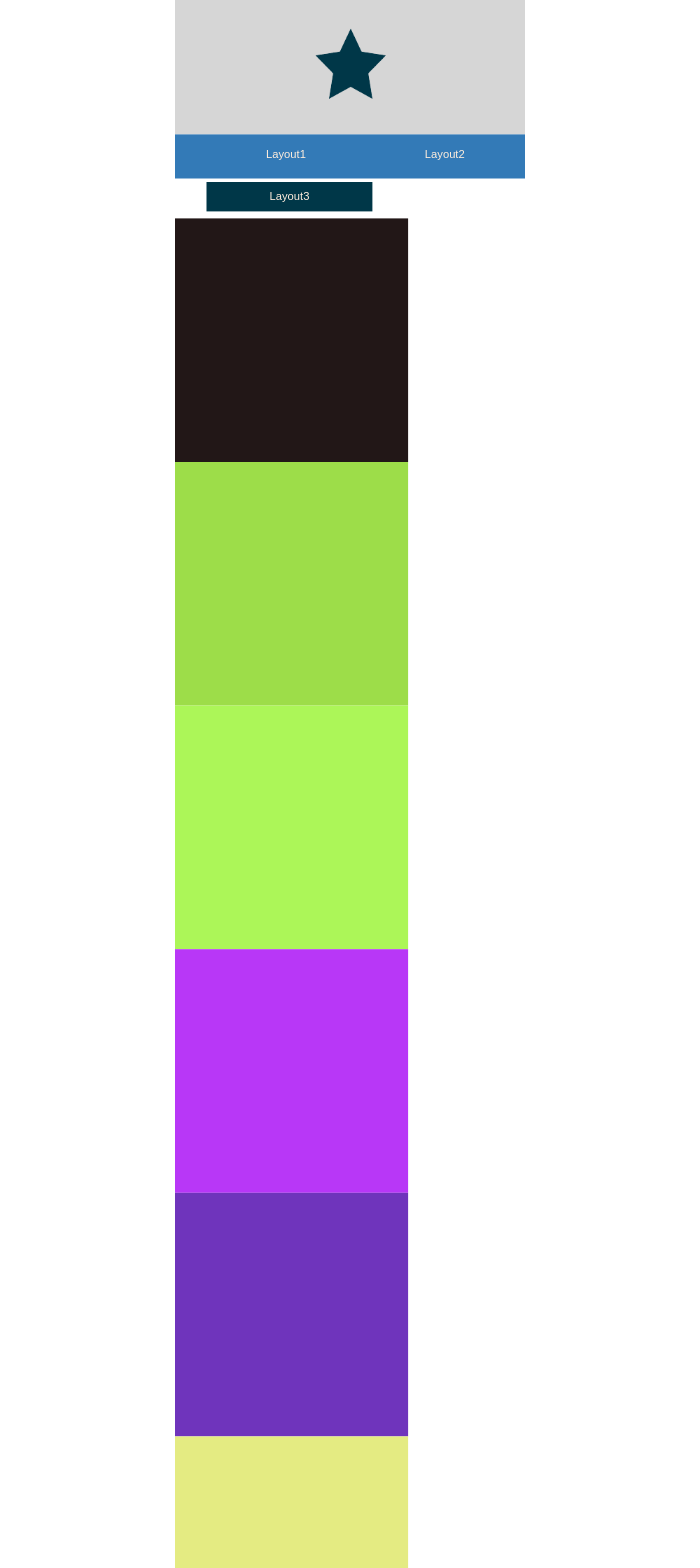
Repository: baliayassin/MyGame
Page: Documents/Aptana Studio 3 Workspace/homeWork2/layOut3.html
An editor plug-in stored every save of this project. The page is shown before and after the next save, followed by the edit.
The browser window is 1000 px wide. The pictures show the part of the page from y = 0 to 2240 px (the page is 4888 px tall before and 2743 px after), at 70% of full size.
Some web libraries are served in a nearby version.

Above is the page before, as saved 2017-12-13 20:28:05.

After the next save:
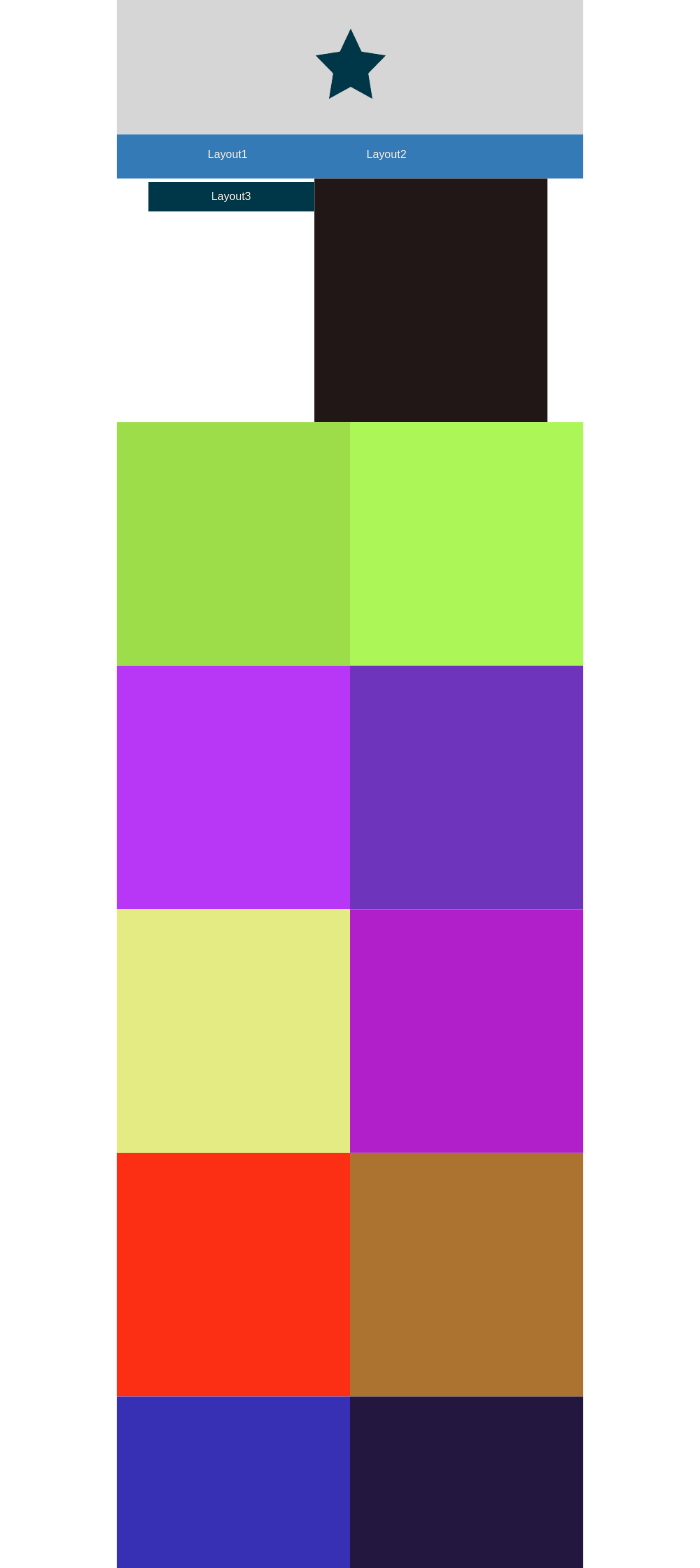
Saved 17 min 59 s later.
--- a/Documents/Aptana Studio 3 Workspace/homeWork2/includes/style.css
+++ b/Documents/Aptana Studio 3 Workspace/homeWork2/includes/style.css
@@ -413,8 +413,11 @@ main, nav, aside, footer, section, article, header {
 
  @media only screen and (min-width: 1000px) {
 
-        #wrapper3 {width:50%;}
+        #wrapper3 {width:1000px;}
     }
+    @media only screen and (min-width: 666.66px)and (max-width:1000px){
+    	#wrapper3 {width:666.66px;}
+    }
 
 .clear{
 
